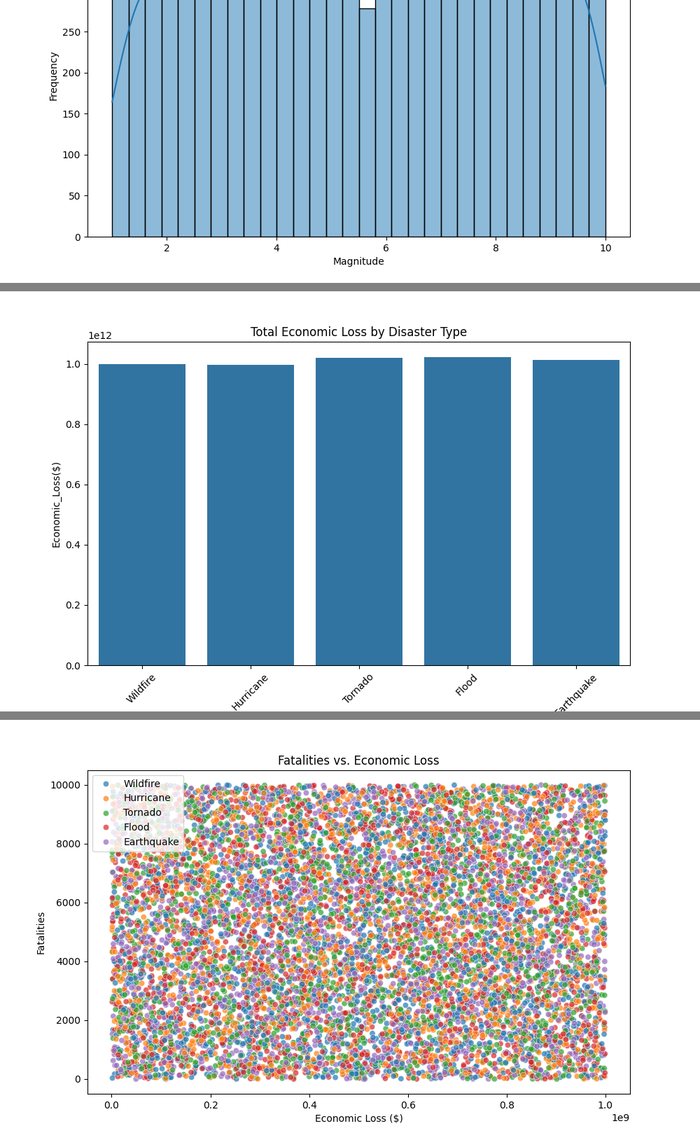
Repository: sjetti5555/GenAi
Script's output: python Training/AllDomains/natural_disasters_analysis.py
An editor plug-in stored every save of this project. The script's output is shown before and after the next save, followed by the edit.
The pictures show rows 808 to 3048 of an output 2436 px tall, at 70% of full size.
Each picture stacks the figures in order, with grey between them; figures that are only written to a file come last. Random numbers start from a fixed seed.

Above is the script's output before, as saved 2024-11-07 12:42:40.
Error (its wording comes from the project's code and is left out).

After the next save:
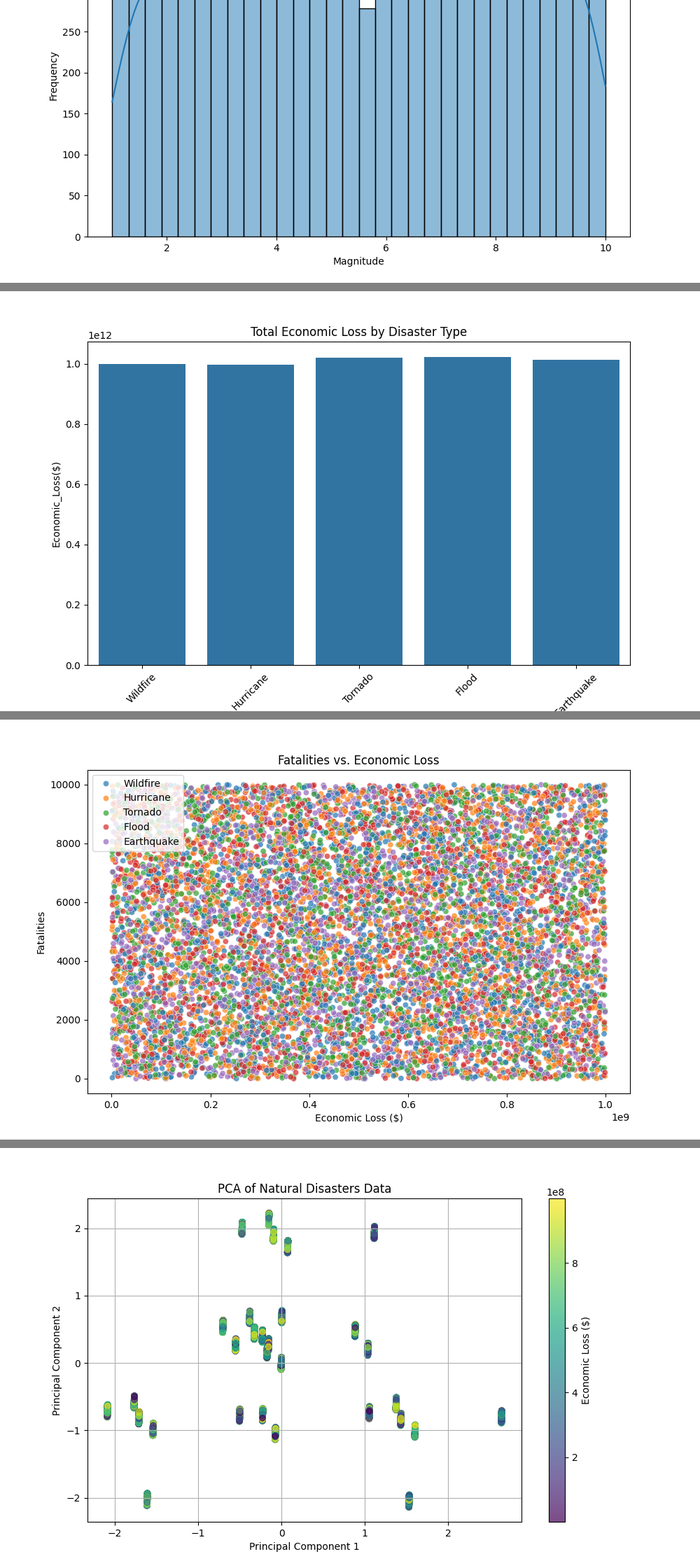
The error is gone.
Saved 112 s later.
--- a/Training/AllDomains/natural_disasters_analysis.py
+++ b/Training/AllDomains/natural_disasters_analysis.py
@@ -45,7 +45,7 @@ plt.show()
 
 # 3. Total Economic Loss by Disaster Type
 plt.figure(figsize=(10, 6))
-sns.barplot(data=data, x='Disaster_Type', y='Economic_Loss($)', estimator=sum, ci=None)
+sns.barplot(data=data, x='Disaster_Type', y='Economic_Loss($)', estimator=sum, errorbar=None)
 plt.title('Total Economic Loss by Disaster Type')
 plt.xticks(rotation=45)
 plt.show()
@@ -60,8 +60,8 @@ plt.legend()
 plt.show()
 
 # Prepare data for PCA
-# Convert categorical variables to numeric
-data_encoded = pd.get_dummies(data, columns=['Disaster_Type'], drop_first=True)
+# Convert categorical variables to numeric using one-hot encoding
+data_encoded = pd.get_dummies(data, columns=['Disaster_Type', 'Location'], drop_first=True)
 
 # Separate features and target variable
 X = data_encoded.drop(['Disaster_ID', 'Date', 'Fatalities', 'Economic_Loss($)'], axis=1)  # Features
